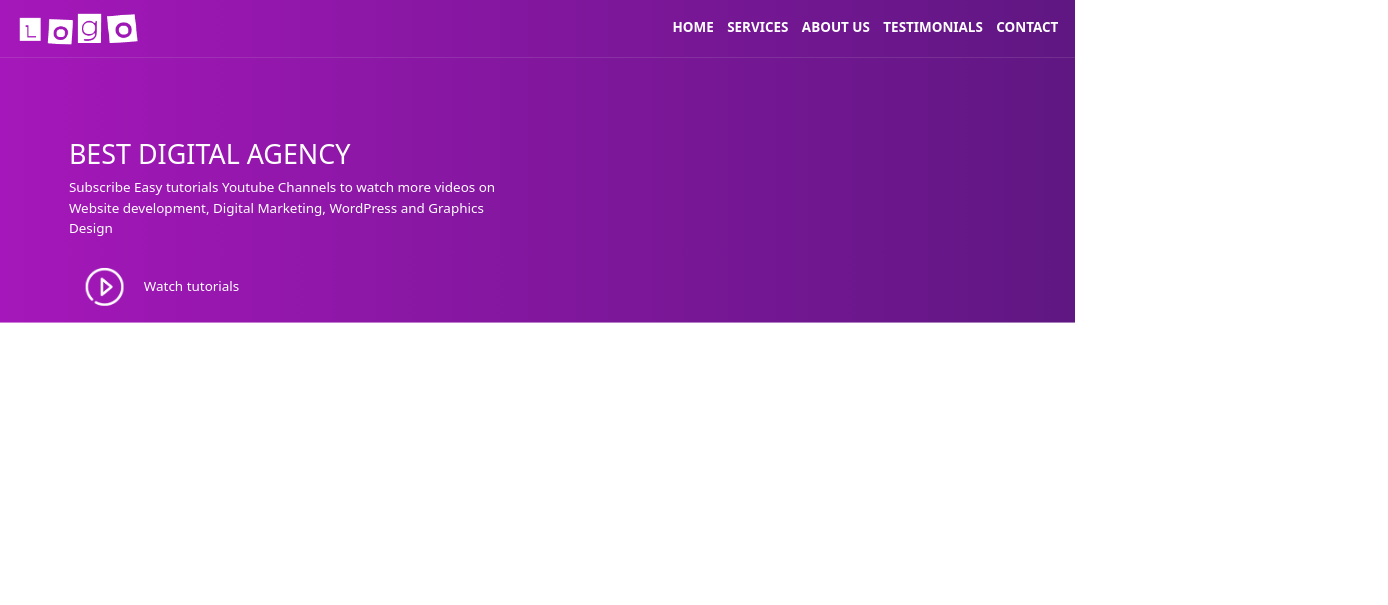
Repository: wadelfadill/Bootstrap_tache_2_website_design
Page: index.html
These files come from the project's save history. The page is drawn as it stood at one moment and after the next save; the edit follows.
The browser window is 1280 px wide. The page is 1280 px wide, then 1652 px, so the pictures cover 1652 px, including what lies to the right of the window. The pictures show the whole page, at 84% of full size.
Some web libraries are served in a nearby version.

Above is the page before, as saved 2023-04-05 16:07:35.

After the next save:
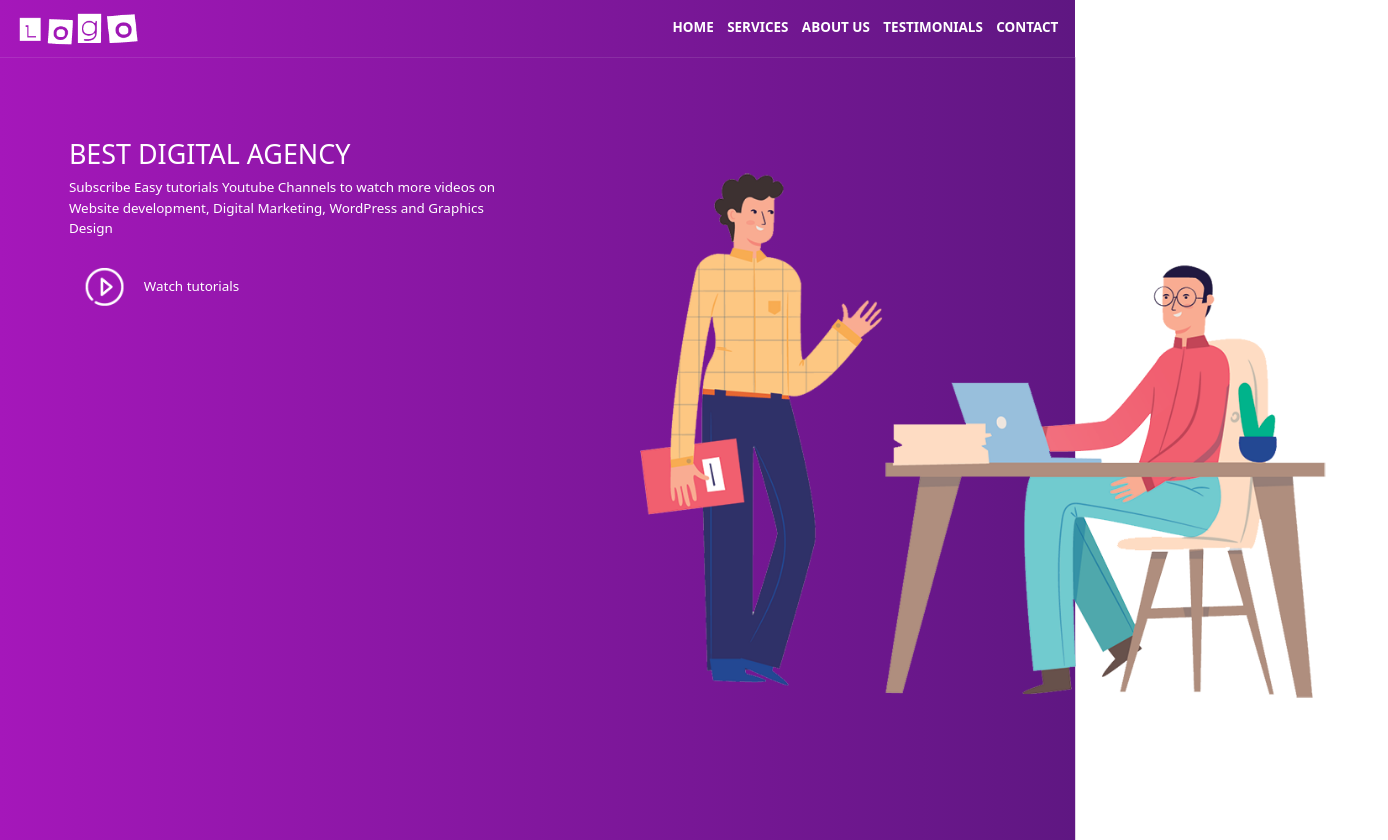
Saved 102 s later.
--- a/index.html
+++ b/index.html
@@ -55,6 +55,9 @@
             </p>
             <a href="" class="tuto text-white text-decoration-none"><img src="images/play.png" alt="" class="play-btn"> Watch tutorials</a>
           </div>
+          <div class="col-md-6 text-center">
+            <img src="images/home2.png" alt="">
+          </div>
         </div>
       </div>
      </section>
